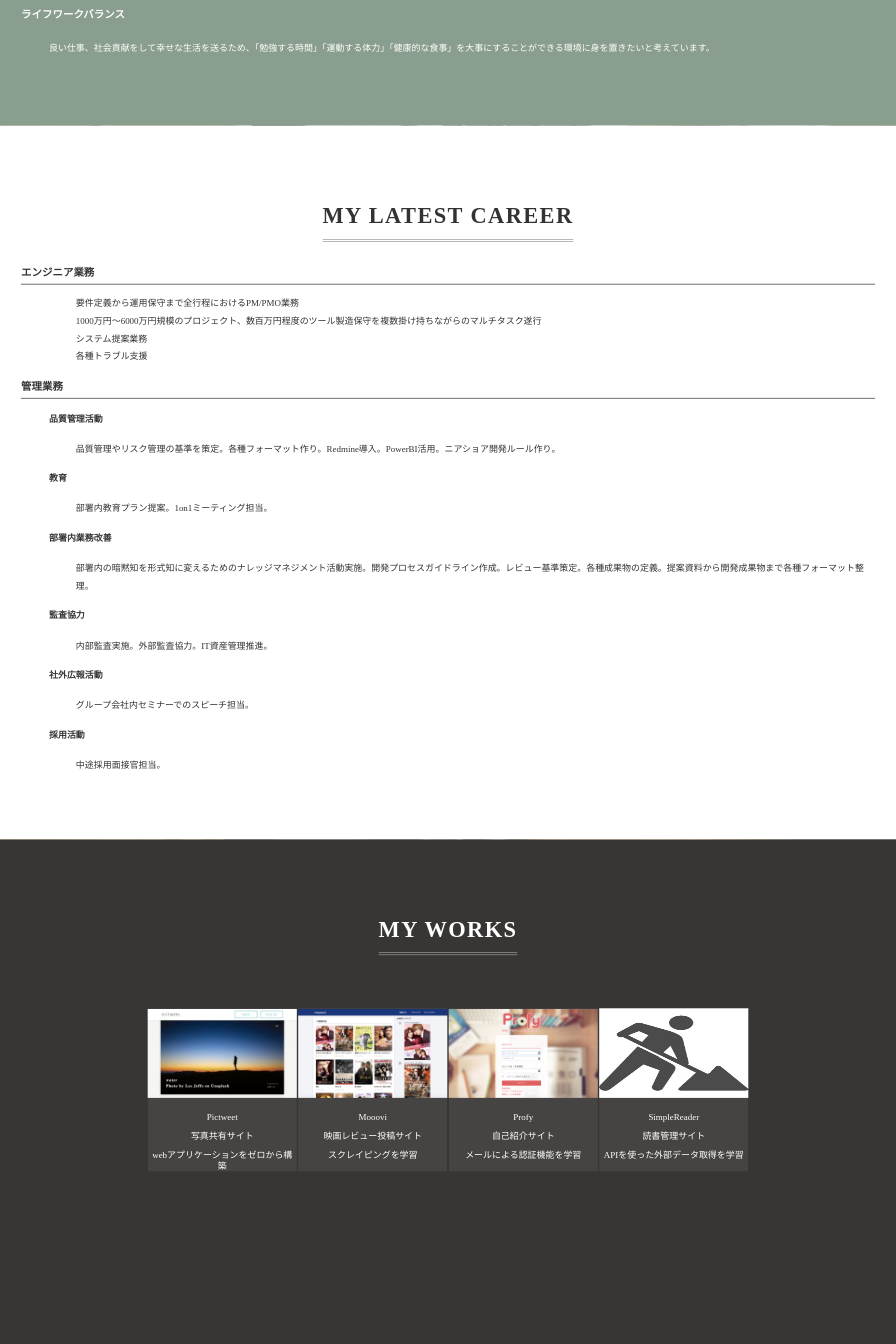
Repository: dackelteckel/myworks
Page: http://localhost/
The author's editor kept a record of every edit. The page is drawn from the files as they stood at one moment, then again after the next edit.
The browser window is 1280 px wide. The pictures show the part of the page from y = 1208 to 3128 px (the page is 3128 px tall), at 70% of full size.
Backgrounds fixed to the window are drawn as part of the page. The page is run by PHP 8.4 with error messages shown; the project is at /var/www/html/.

Above is the page before.

After the next edit:
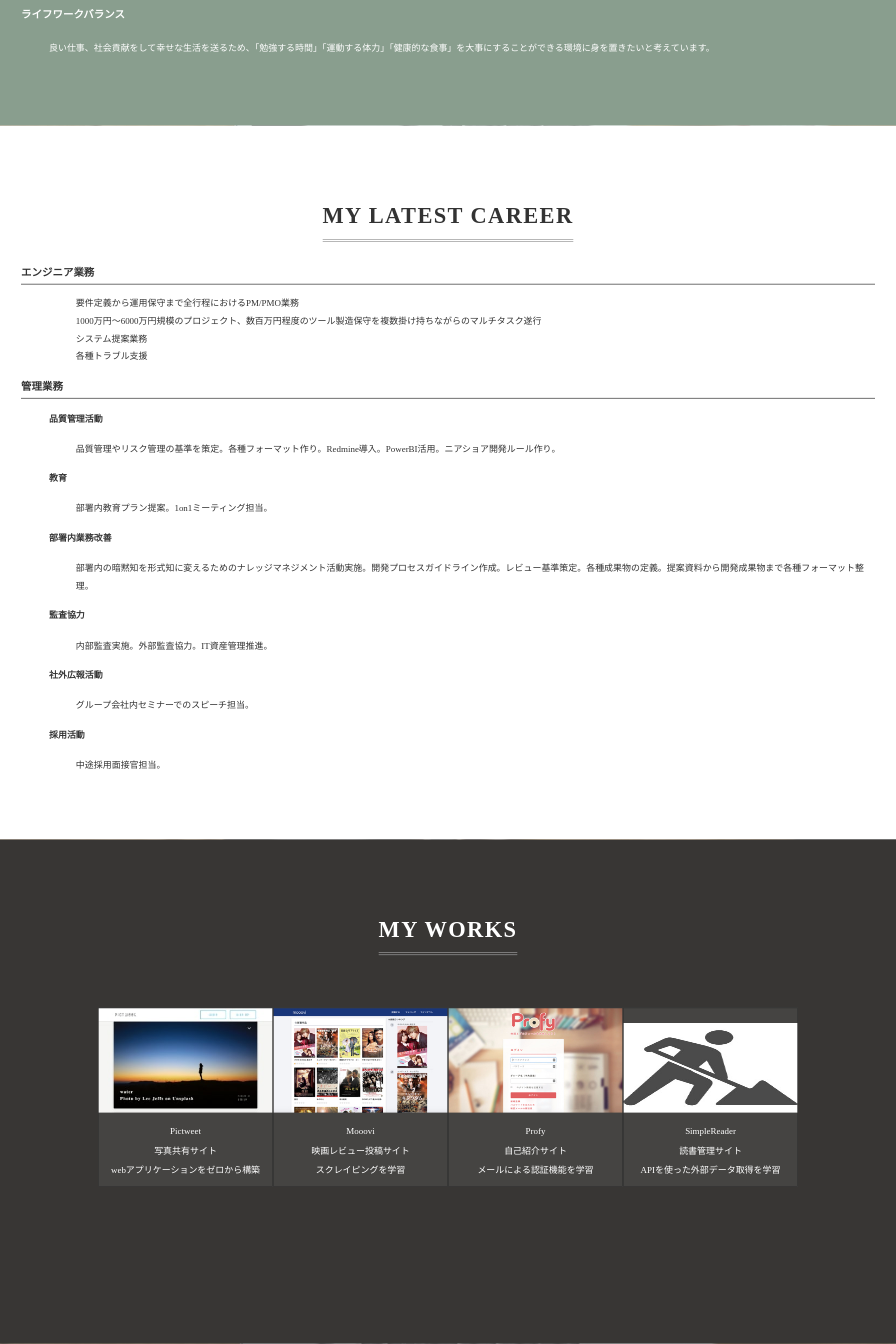
The edit:
--- a/style.css
+++ b/style.css
@@ -123,7 +123,8 @@
 
 .works-wrapper {
   display: table;
-  width: 860px;
+  /*width: 860px;*/
+  width: 1000px;
   margin: 60px auto 0;
   table-layout: fixed;
 }
